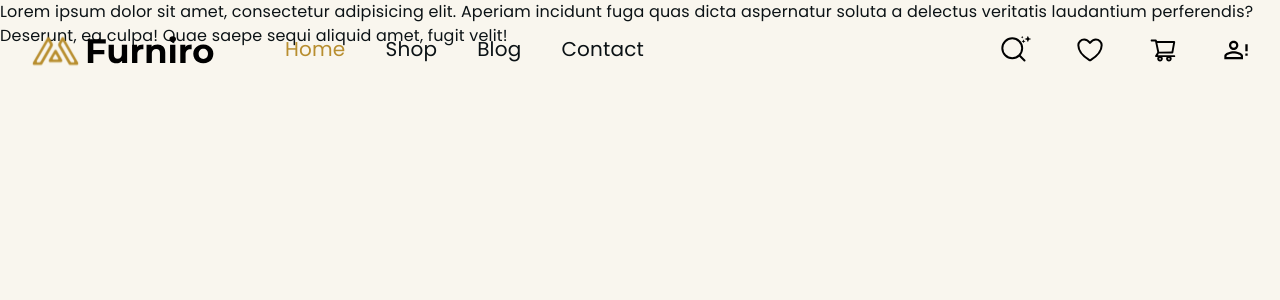
Repository: binhphanbp/furniro-interior_website
Page: index.html
The author's editor kept a copy of each file at every save. The page is drawn from the files as they stood at one save, then again after the next save.
The browser window is 1280 px wide. The pictures show the whole page.

Above is the page before, as saved 2025-02-19 23:47:53.

### index.html
<!DOCTYPE html>
<html lang="en">
  <head>
    <meta charset="UTF-8" />
    <meta name="viewport" content="width=device-width, initial-scale=1.0" />
    <title>Furniro</title>

    <!-- Favicon -->
    <link rel="shortcut icon" href="./icons/favicon.ico" type="image/x-icon" />
    <link rel="icon" href="./icons/favicon.ico" type="image/x-icon" />

    <!-- Link CSS -->
    <link rel="stylesheet" href="./src/assets/styles/main.css" />
  </head>
  <body class="homepage">
    <!-- PROGRESS BAR -->
    <div class="progress-container">
      <div class="progress-bar"></div>
    </div>

    <!-- HEADER -->

    <header class="header">
      <div class="container">
        <nav class="header__menu">
          <a class="header__logo" href="#">
            <img src="./icons/furniro-logo-type.svg" alt="logo-furniro" />
          </a>
          <ul class="header__menu-list">
            <li>
              <a href="#" class="--active">home</a>
            </li>
            <li>
              <a href="./src/pages/shop.html">shop</a>
            </li>
            <li>
              <a href="./src/pages/blog.html">blog</a>
            </li>
            <li>
              <a href="./src/pages/contact.html">contact</a>
            </li>
          </ul>
        </nav>
        <ul class="header__icons">
          <li class="header__icons-item"></li>
          <a href="#">
            <img src="./icons/icon-search.svg" alt="icon-search" />
          </a>
          <a href="#">
            <img src="./icons/icon-heart.svg" alt="icon-heart" />
          </a>
          <a href="#"> <img src="./icons/icon-cart.svg" alt="icon-cart" /></a>
          <a href="#">
            <img src="./icons/icon-account-alert.svg" alt="icon-account" />
          </a>
        </ul>
      </div>
    </header>

    <!-- MAIN -->
    <main class="main">
      <p>
        Lorem ipsum dolor sit amet, consectetur adipisicing elit. Aperiam
        incidunt fuga quas dicta aspernatur soluta a delectus veritatis
        laudantium perferendis? Deserunt, ea culpa! Quae saepe sequi aliquid
        amet, fugit velit!
      </p>
      <!-- Section Hero -->
      <section class="schero">
        <div class="container"></div>
      </section>

      <!-- Section Menu -->
      <section class="scmenu">
        <div class="container"></div>
      </section>

      <!-- Section Services -->
      <section class="scservices">
        <div class="container"></div>
      </section>

      <!-- Section Delivery -->
      <section class="scdelivery">
        <div class="container"></div>
      </section>

      <!-- Section Our Customers -->
      <section class="sccustomers">
        <div class="container"></div>
      </section>

      <!-- Section Our Blog -->
      <section class="scblog">
        <div class="container"></div>
      </section>
    </main>

    <!-- FOOTER -->
    <footer class="footer">
      <div class="container"></div>
    </footer>

    <!-- JavaScript -->
    <script type="module" src="./src/scripts/main.js"></script>
  </body>
</html>

### src/assets/styles/main.css
/* Reset CSS */
@import './base/reset.css';

/* Font */
@import './base/variables.css';
@import './base/fonts.css';

/* Layouts (General Structure) */
@import './base/layouts.css';

/* Components */
@import './components/header.css';
@import './components/footer.css';
@import './components/components.css';

/* Pages */
@import './pages/home.css';
@import './pages/shop.css';
@import './pages/shop-details.css';
@import './pages/cart.css';
@import './pages/checkout.css';
@import './pages/product-comparison.css';
@import './pages/blog.css';
@import './pages/contact.css';

### src/assets/styles/base/reset.css
* {
  margin: 0;
  padding: 0;
  border: 0;
  font-size: 100%;
  font: inherit;
  vertical-align: baseline;
  box-sizing: border-box;
}
body {
  line-height: 1;
}
ol,
ul {
  list-style: none;
}
blockquote,
q {
  quotes: none;
}
blockquote:before,
blockquote:after,
q:before,
q:after {
  content: '';
  content: none;
}
table {
  border-collapse: collapse;
  border-spacing: 0;
}
img,
object,
embed {
  max-width: 100%;
}

a {
  text-decoration: none;
  outline: 0;
}
strong {
  font-family: db;
}
sub {
  vertical-align: sub;
  font-size: smaller;
}
sup {
  vertical-align: super;
  font-size: smaller;
}

### src/assets/styles/base/variables.css
:root {
  /* Page Setting Variables */
  --max-width-page: 2560px;
  --max-width-container-fluid: 1920px;
  --max-width-container: calc(1236px + calc(var(--gap) * 2));

  --gap: 30px;
  --pd-left-right: 20px;

  /* Color Variables */
  --primary-cl: #b88e2f;
  --primary-cl-hover: #d3ac51;
  --secondary-cl: #fff3e3;
  --tertiary-cl: #f3e9dc;

  --white-page-cl: #f9f6ee;
  --black-cl: #0b1215;

  --gray-dark-cl: #898989;
  --gray-light-cl: #9f9f9f;
  --product-hover: #3a3a3a;

  --red-cl: #e97171;
  --green-cl: #2ec1ac;
  --purple-cl: #816dfa;

  /* Font-size, Line-height, Letter-spacing Variables: */
  --fs-h1: 5.6rem;
  --lh-h1: 6.5rem;
  --ls-h1: 2px;

  --fs-h2: 4rem;
  --lh-h2: 4.8rem;
  --ls-h2: 0.25px;

  --fs-h3: 2.4rem;
  --lh-h3: 2.8rem;
  --ls-h3: 0.1px;

  --fs-text-button: 1.6rem;
  --lh-text-button: 2.4rem;
  --ls-text-button: 0.2px;

  --fs-body: 1.6rem;
  --lh-body: 2.4rem;
  --ls-body: 0.2px;

  /* Fonts: */
  --font-body: ppr;
  --font-body-light: ppl;
  --font-body-medium: ppm;
  --font-body-semibold: ppsb;
  --font-body-bold: ppb;

  /* General Variables */
  --height-header: 100px;
  --height-footer: 505px;
  --height-button: 48px;
  --height-button-medium: 64px;
  --height-button-large: 74px;
  --pd-section: 60px;

  /* Timing Transition Variables: */
  --duration: 0.4s;
  --cubic: cubic-bezier(0.59, 0.29, 0.15, 0.93);
}

### src/assets/styles/base/fonts.css
@font-face {
  font-family: 'ppl';
  src: url('../../fonts/Poppins-Light.woff2') format('woff2'),
    url('../../fonts/Poppins-Light.woff') format('woff');
  font-weight: 300;
  font-style: normal;
  font-display: swap;
}

@font-face {
  font-family: 'ppr';
  src: url('../../fonts/Poppins-Regular.woff2') format('woff2'),
    url('../../fonts/Poppins-Regular.woff') format('woff');
  font-weight: normal;
  font-style: normal;
  font-display: swap;
}

@font-face {
  font-family: 'ppm';
  src: url('../../fonts/Poppins-Medium.woff2') format('woff2'),
    url('../../fonts/Poppins-Medium.woff') format('woff');
  font-weight: 500;
  font-style: normal;
  font-display: swap;
}

@font-face {
  font-family: 'ppsb';
  src: url('../../fonts/Poppins-SemiBold.woff2') format('woff2'),
    url('../../fonts/Poppins-SemiBold.woff') format('woff');
  font-weight: 600;
  font-style: normal;
  font-display: swap;
}

@font-face {
  font-family: 'ppb';
  src: url('../../fonts/Poppins-Bold.woff2') format('woff2'),
    url('../../fonts/Poppins-Bold.woff') format('woff');
  font-weight: bold;
  font-style: normal;
  font-display: swap;
}

### src/assets/styles/base/layouts.css
html {
  font-size: 62.5%;

  scroll-behavior: smooth;

  /* CUSTOM SCROLLBAR */
  /* width */
  ::-webkit-scrollbar {
    width: 10px;
  }
  /* Track */
  ::-webkit-scrollbar-track {
    background: var(--gray-light-cl);
  }
  /* Handle */
  ::-webkit-scrollbar-thumb {
    background: var(--primary-cl);
    border-radius: 40px;
  }
  /* Handle on hover */
  ::-webkit-scrollbar-thumb:hover {
    background: var(--gray-dark-cl);
  }

  /* Custom background-color text selection */
  ::-moz-selection {
    color: var(--white-page-cl);
    background: var(--primary-cl);
  }
  ::selection {
    color: var(--white-page-cl);
    background: var(--primary-cl);
  }
}

body {
  background-color: var(--white-page-cl);
  width: 100%;
  max-width: var(--max-width-page);
  margin: auto;

  color: var(--black-cl);
  font-family: var(--font-body);
  font-size: var(--fs-body);
  line-height: var(--lh-body);
  letter-spacing: var(--ls-body);
}

.container-fluid {
  width: 100%;
  max-width: var(--max-width-container-fluid);
  padding-right: var(--gap);
  padding-left: var(--gap);
  margin-right: auto;
  margin-left: auto;
  position: relative;
}

.container {
  width: 100%;
  max-width: var(--max-width-container);
  padding-right: var(--gap);
  padding-left: var(--gap);
  margin-right: auto;
  margin-left: auto;
  position: relative;
}

.main {
  position: relative;
}

section .ptb {
  padding: var(--pd-section) 0;
}
section .pt {
  padding: var(--pd-section);
}
section .pb {
  padding: var(--pd-section);
}

### src/assets/styles/components/header.css
.header {
  position: absolute;
  top: 0;
  z-index: 3;
  width: 100%;
  max-width: var(--max-width-page);
  height: var(--height-header);
}

.header .container {
  display: flex;
  align-items: center;
  justify-content: space-between;
  height: 100%;
}

.header .header__menu {
  display: flex;
  align-items: center;
  gap: 50px;
}

/* Header Menu */
.header .header__menu .header__menu-list {
  display: flex;
}

.header .header__menu .header__menu-list li a {
  padding: 8px var(--pd-left-right);
  text-transform: capitalize;
  font-size: 2rem;
  color: var(--black-cl);
  text-wrap: nowrap;
  cursor: pointer;

  transition: var(--duration);
  -webkit-transition: var(--duration);
  -moz-transition: var(--duration);
  -ms-transition: var(--duration);
  -o-transition: var(--duration);
}
.header .header__menu .header__menu-list li a:hover,
.header .header__menu .header__menu-list li a.--active {
  color: var(--primary-cl);
}

.header .header__menu .header__menu-list li a::after {
  content: '';
  display: block;
  /* width: calc(100% - calc(var(--padding-lf) * 2)); */
  width: 0;
  height: 2px;
  background-color: var(--primary-cl);
  position: absolute;
  bottom: 0;
  left: 50%;
  transform: translateX(-50%);

  transition: var(--duration);
  -webkit-transition: var(--duration);
  -moz-transition: var(--duration);
  -ms-transition: var(--duration);
  -o-transition: var(--duration);
}
.header .header__menu .header__menu-list li a::after:hover,
.header .header__menu .header__menu-list li a::after.--active {
  width: calc(100% - calc(var(--pd-left-right) * 2));
}

/* Header Icons */
.header .header__icons {
  display: flex;
  gap: 45px;
}

### src/assets/styles/components/components.css
img {
  max-width: 100%;
  -webkit-user-select: none;
  -moz-user-select: none;
  -ms-user-select: none;
  user-select: none;
  display: block;
  outline: 0;
  object-fit: contain;
}

img .--center {
  margin: 0 auto;
  display: block;
}

.--hidden {
  display: none;
}

.--disable-scroll {
  height: 100vh;
  overflow: hidden;
}

/* Progress Bar */
.progress-container {
  position: fixed;
  top: 0;
  left: 0;
  width: 100%;
  height: 5px;
  background: var(--white-page-cl);
}

.progress-bar {
  height: 100%;
  background: var(--primary-cl);
  width: 0%;

  /* Scroll-driven animation */
  animation: grow linear;
  animation-timeline: scroll();
}

@keyframes grow {
  from {
    width: 0%;
  }
  to {
    width: 100%;
  }
}

/* Heading */
.heading {
  font-family: prb;
  color: var(--black-cl);
  text-transform: uppercase;
}
.heading .--h1 {
  font-size: var(--fs-h1);
  line-height: var(--lh-h1);
  letter-spacing: var(--ls-h1);
}
.heading .--h2 {
  font-size: var(--fs-h2);
  line-height: var(--lh-h2);
  letter-spacing: var(--ls-h2);
}
.heading .--h3 {
  font-size: var(--fs-h3);
  line-height: var(--lh-h3);
  letter-spacing: var(--ls-h3);
}
.heading .--primary-cl {
  color: var(--primary-cl);
}
.heading .--gray-light-cl {
  color: var(--gray-light-cl);
}

.textbutton {
  font-family: var(--font-body-semibold);
  font-size: var(--fs-text-button);
  line-height: var(--lh-text-button);
  letter-spacing: var(--ls-text-button);
}
/* Textbox */
.textbox .--align-center {
  text-align: center;
}

.textbox .desc {
  margin-top: 10px;
  color: var(--gray-dark-cl);
}

/* BUTTON */
.btn {
  display: inline-flex;
  align-items: center;
  justify-content: center;
  gap: 10px;
  padding: 0 36px;

  height: var(--height-button);
  font-family: var(--font-body-semibold);
  border: var(--primary-cl) solid 1px;
  background-color: var(--primary-cl);
  color: var(--white-page-cl);

  white-space: nowrap;
  cursor: pointer;
  transition: var(--duration);
  -webkit-transition: var(--duration);
  -moz-transition: var(--duration);
  -ms-transition: var(--duration);
  -o-transition: var(--duration);
}
.btn:hover {
  border: var(--white-page-cl) solid 1px;
  background-color: var(--primary-cl);
  color: var(--primary-cl);
}

.btn .--large {
  height: var(--height-button-large);
  padding: 0 72px;

  font-family: var(--font-body-bold);
  text-transform: uppercase;
}

.btn .--stroke {
  height: 48px;
  padding: 0 78px;
  background-color: transparent;
  color: var(--primary-cl);
  stroke: 1px solid var(--primary-cl);
}
.btn .--stroke:hover {
  background-color: var(--primary-cl);
  color: var(--white-page-cl);
}

.btn .--stroke-black {
  height: 48px;
  padding: 0 48px;
  background-color: transparent;
  color: var(--black-cl);
  stroke: 1px solid var(--black-cl);
}
.btn .--stroke-black:hover {
  background-color: var(--black-cl);
  color: var(--white-page-cl);
}

/* Button Pagination */
.btn-pagination {
  height: 60px;
  padding: 0 27px;

  background-color: var(--secondary-cl);
  color: var(--black-cl);
}
.btn-pagination:hover {
  background-color: var(--primary-cl-hover);
  color: var(--white-page-cl);
}
.btn-pagination .--active {
  background-color: var(--primary-cl);
  color: var(--white-page-cl);
}

Loaded but not shown: src/scripts/main.js (no stored copy; drawn as an empty file); src/assets/styles/components/footer.css (no stored copy; drawn as an empty file); src/assets/styles/pages/home.css (no stored copy; drawn as an empty file); src/assets/styles/pages/shop.css (no stored copy; drawn as an empty file); src/assets/styles/pages/shop-details.css (no stored copy; drawn as an empty file); src/assets/styles/pages/cart.css (no stored copy; drawn as an empty file); src/assets/styles/pages/checkout.css (no stored copy; drawn as an empty file); src/assets/styles/pages/product-comparison.css (no stored copy; drawn as an empty file); src/assets/styles/pages/blog.css (no stored copy; drawn as an empty file); src/assets/styles/pages/contact.css (no stored copy; drawn as an empty file)

After the next save:
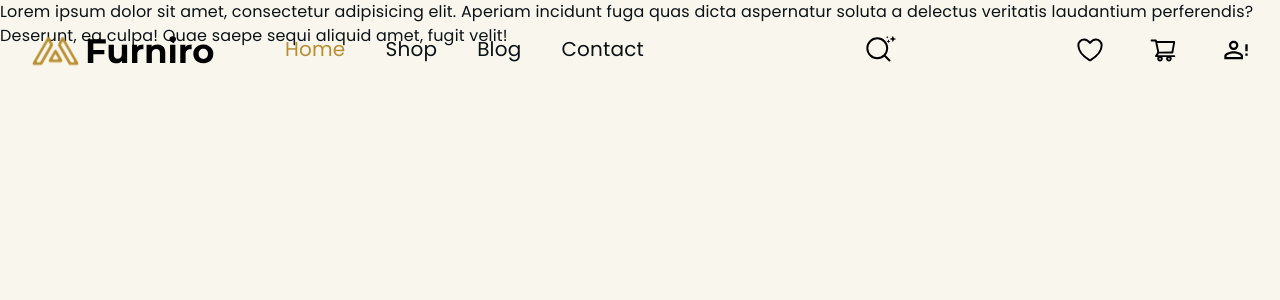
Saved 6 s later.
--- a/index.html
+++ b/index.html
@@ -42,10 +42,15 @@
           </ul>
         </nav>
         <ul class="header__icons">
+          <li class="header__icons-item">
+            <a href="#">
+              <img src="./icons/icon-search.svg" alt="icon-search" />
+            </a>
+          </li>
           <li class="header__icons-item"></li>
-          <a href="#">
-            <img src="./icons/icon-search.svg" alt="icon-search" />
-          </a>
+          <li class="header__icons-item"></li>
+          <li class="header__icons-item"></li>
+
           <a href="#">
             <img src="./icons/icon-heart.svg" alt="icon-heart" />
           </a>
